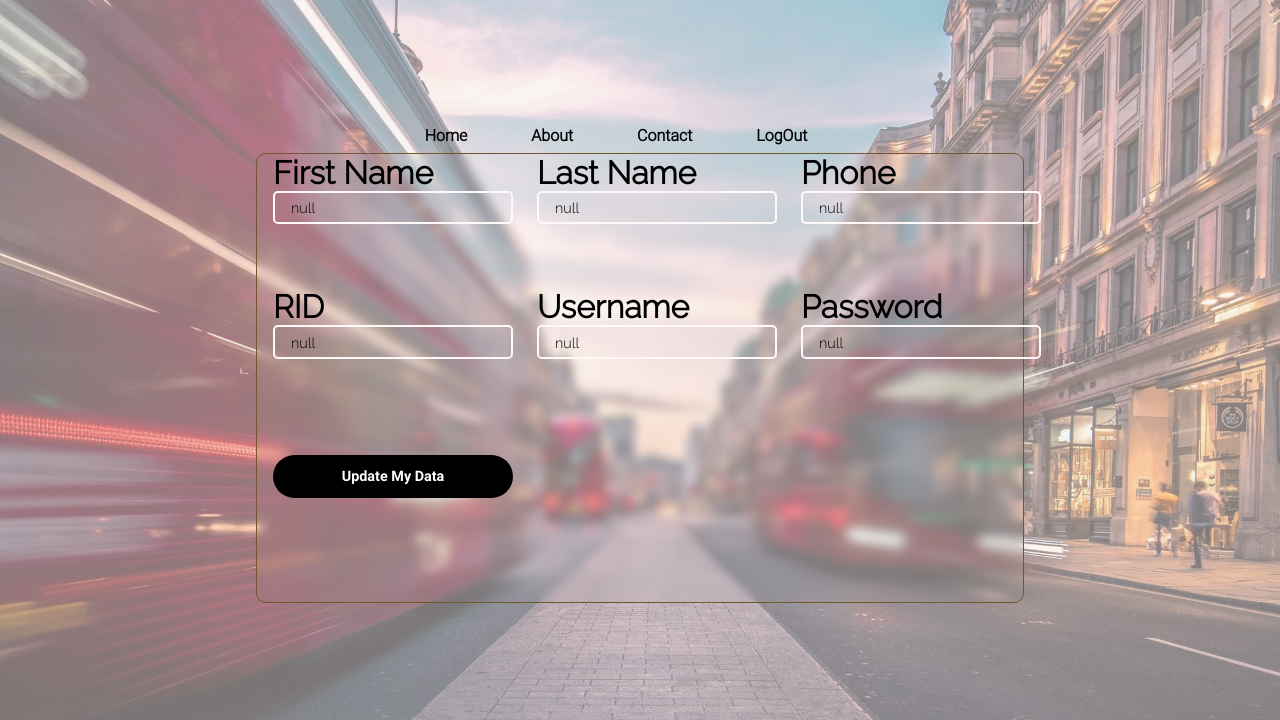
Repository: Savindushehan/RouteMaster-Group-project
Page: http://localhost/RouterMaster/Updateuserdetails.jsp
The author's editor kept a copy of each file at every save. The page is drawn from the files as they stood at one save, then again after the next save.
The browser window is 1280 px wide. The pictures show the whole page.
The page is served by Tomcat 10.

Above is the page before, as saved 2023-10-27 05:45:43.

After the next save:
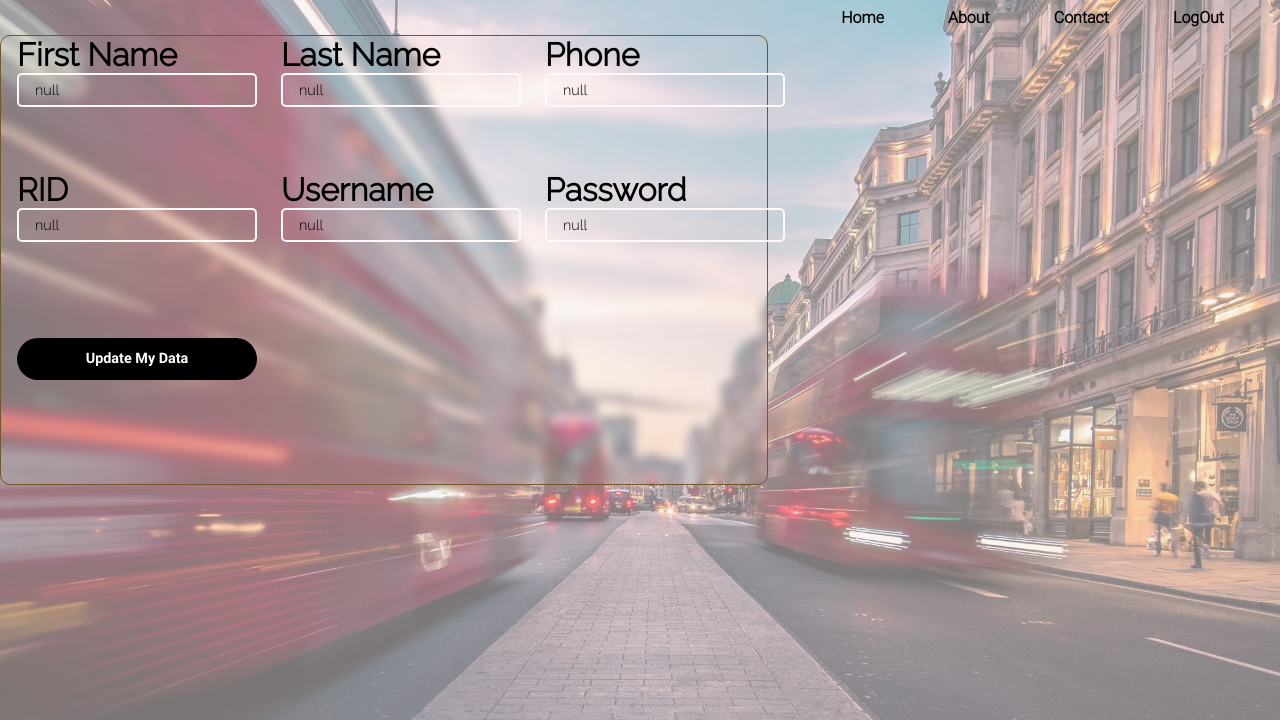
Saved 107 s later.
--- a/RouteMaster/RouterMaster/src/main/webapp/Updateuserdetails.jsp
+++ b/RouteMaster/RouterMaster/src/main/webapp/Updateuserdetails.jsp
@@ -42,9 +42,6 @@
             text-decoration: none;
         }
          body{
-            display: flex;
-            flex-direction: row;
-            min-height:100vh;
 			background-image: url('Images/background.jpg');
             background-size: cover;
             background-repeat: no-repeat;
